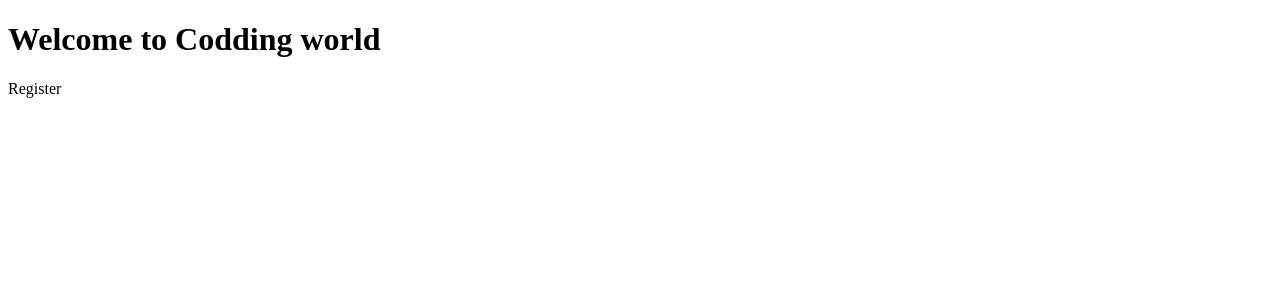
Repository: Ramjangori/Spring_Boot
Page: SpringDataJpaThymeLeafEx01/src/main/resources/static/index.html
An editor plug-in stored every save of this project. The page is shown before and after the next save, followed by the edit.
The browser window is 1280 px wide. The pictures show the whole page.

Above is the page before, as saved 2026-05-06 04:55:01.

After the next save:
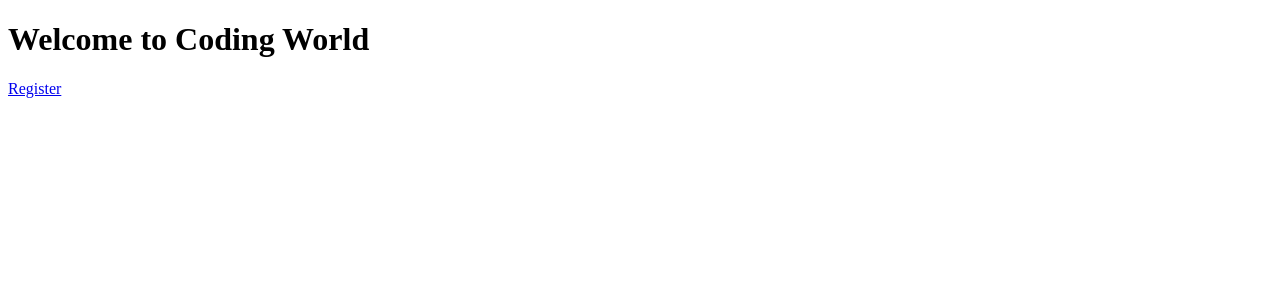
Saved 4 min 7 s later.
--- a/SpringDataJpaThymeLeafEx01/src/main/resources/static/index.html
+++ b/SpringDataJpaThymeLeafEx01/src/main/resources/static/index.html
@@ -3,13 +3,14 @@
 <head>
     <meta charset="UTF-8">
     <meta name="viewport" content="width=device-width, initial-scale=1.0">
-    <title>Thymeleaf Exercixe </title>
+    <title>Thymeleaf Exercise</title>
 </head>
-<linkbody>
 
-    <h1>Welcome to Codding world </h1>
-	<link href="RegPage"> Register </link>
+<body>
 
+    <h1>Welcome to Coding World</h1>
+
+    <a href="RegPage">Register</a>
 
 </body>
 </html>
